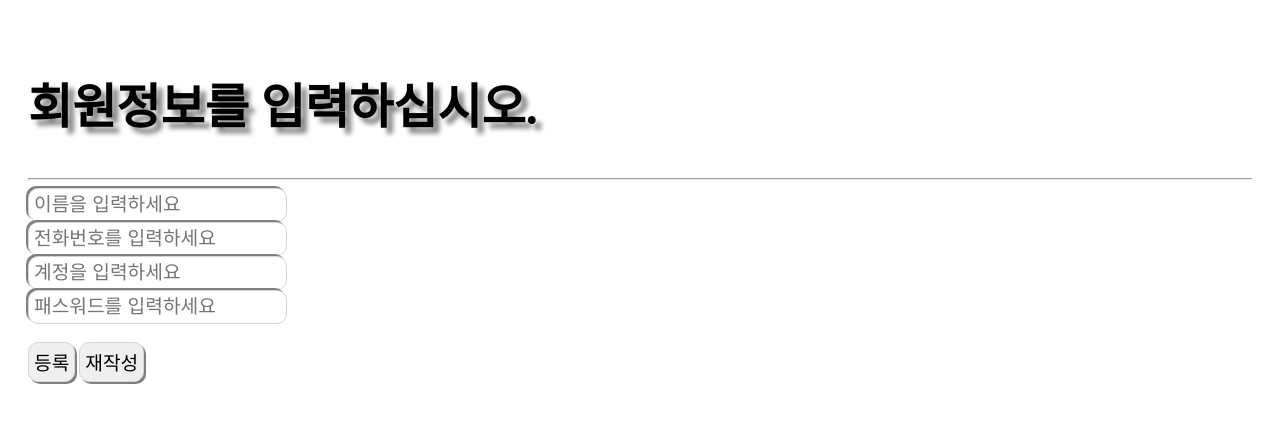
Repository: kdg0109/multicampus_course
Page: web course/workspace_web/mvc/WebContent/htmlexam/memberForm.html
An editor plug-in stored every save of this project. The page is shown before and after the next save, followed by the edit.
The browser window is 1280 px wide. The pictures show the whole page.

Above is the page before, as saved 2018-02-09 04:18:58.

### web course/workspace_web/mvc/WebContent/htmlexam/memberForm.html
<!DOCTYPE html>
<html>
<head>
<meta charset="UTF-8">
<title>Insert title here</title>
<style>
	body {
		padding: 0px;
	}
	h1 {
		font-size : 3em;
		text-shadow: 6px 6px 5px gray;
	}
	input {
		font-size : 1.2em;
		padding : 5px;
		border : solid 1px #D5D5D5;
		border-radius: 10px 10px 10px 10px;
	}
	.input {
		box-shadow: -2px -2px gray;
	}
	.output {
	 box-shadow: 2px 2px gray;
	}
	#click1, #click2 {
		background: gray;
	}
	#article1 {
		padding: 20px;
	}
</style>
</head>
<body>
	<article id="article1">
		<h1>회원정보를 입력하십시오.</h1>
		<hr>
		<form method="post" action="/mvc/ms" >
			<input type="text" name = "name" placeholder="이름을 입력하세요" class="input" required><br/>
			<input type="tel" name = "tel" placeholder="전화번호를 입력하세요" class="input" required><br/>
			<input type="text" name = "userId" placeholder="계정을 입력하세요" class="input" required><br/>
			<input type="password" name = "userPass" placeholder="패스워드를 입력하세요" class="input" required><br/><br>
	      <input type="submit" name="ok" class="output" value="등록">
	      <input type="reset" name="clear" class="output" value="재작성"><br>
		</form>
	</article>
</body>
</html>

After the next save:
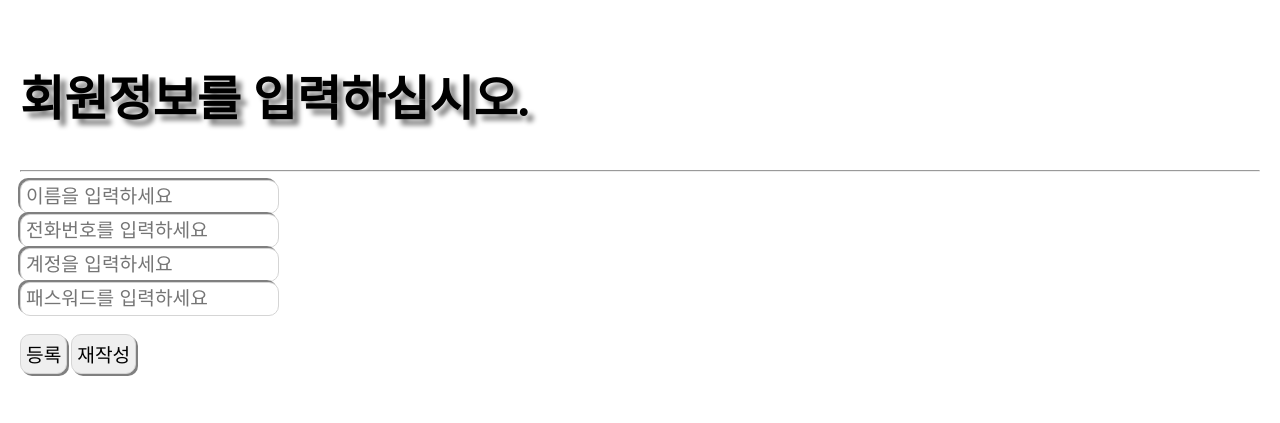
Saved 7 s later.
--- a/web course/workspace_web/mvc/WebContent/htmlexam/memberForm.html
+++ b/web course/workspace_web/mvc/WebContent/htmlexam/memberForm.html
@@ -6,6 +6,7 @@
 <style>
 	body {
 		padding: 0px;
+		margin: 0px;
 	}
 	h1 {
 		font-size : 3em;

After the save that followed:
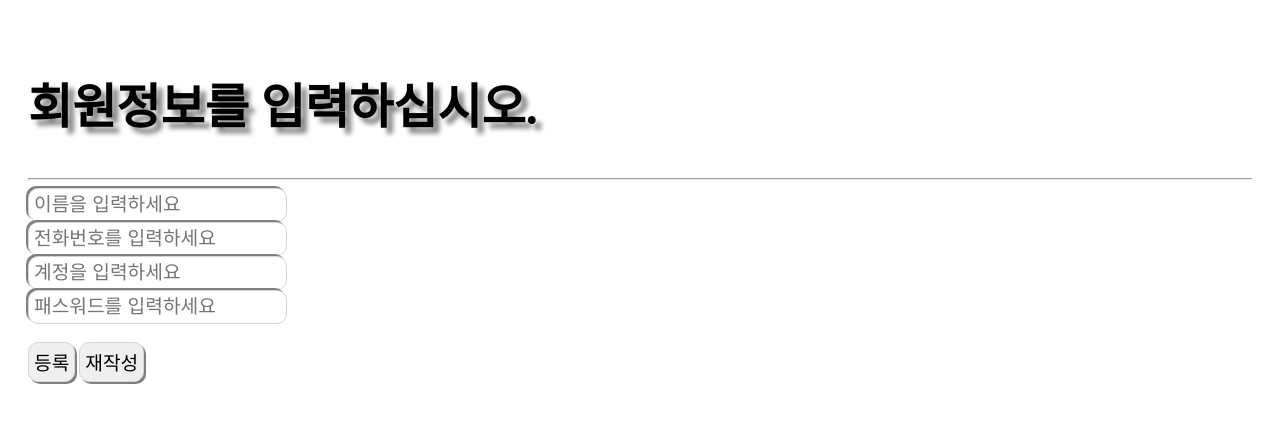
Saved 17 s later.
--- a/web course/workspace_web/mvc/WebContent/htmlexam/memberForm.html
+++ b/web course/workspace_web/mvc/WebContent/htmlexam/memberForm.html
@@ -4,10 +4,6 @@
 <meta charset="UTF-8">
 <title>Insert title here</title>
 <style>
-	body {
-		padding: 0px;
-		margin: 0px;
-	}
 	h1 {
 		font-size : 3em;
 		text-shadow: 6px 6px 5px gray;
@@ -28,6 +24,7 @@
 		background: gray;
 	}
 	#article1 {
+		margin : 0px;
 		padding: 20px;
 	}
 </style>
